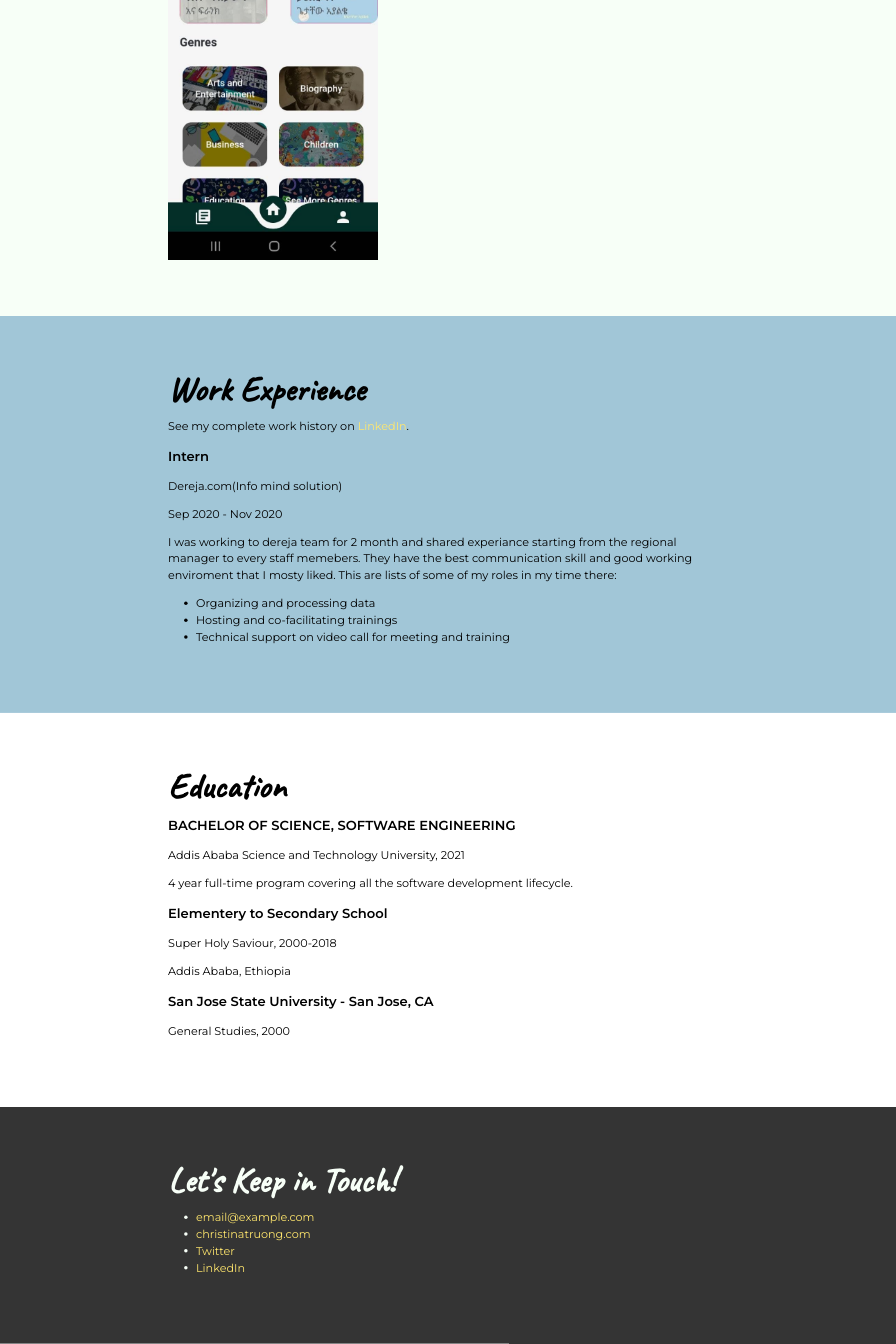
Repository: Aklilegetachew/my-Portfolio
Page: index.html
These files come from the project's save history. The page is drawn as it stood at one moment and after the next save; the edit follows.
The browser window is 1280 px wide. The pictures show the part of the page from y = 958 to 2878 px (the page is 2878 px tall before and 2792 px after), at 70% of full size.

Above is the page before, as saved 2021-11-23 17:34:08.

After the next save:
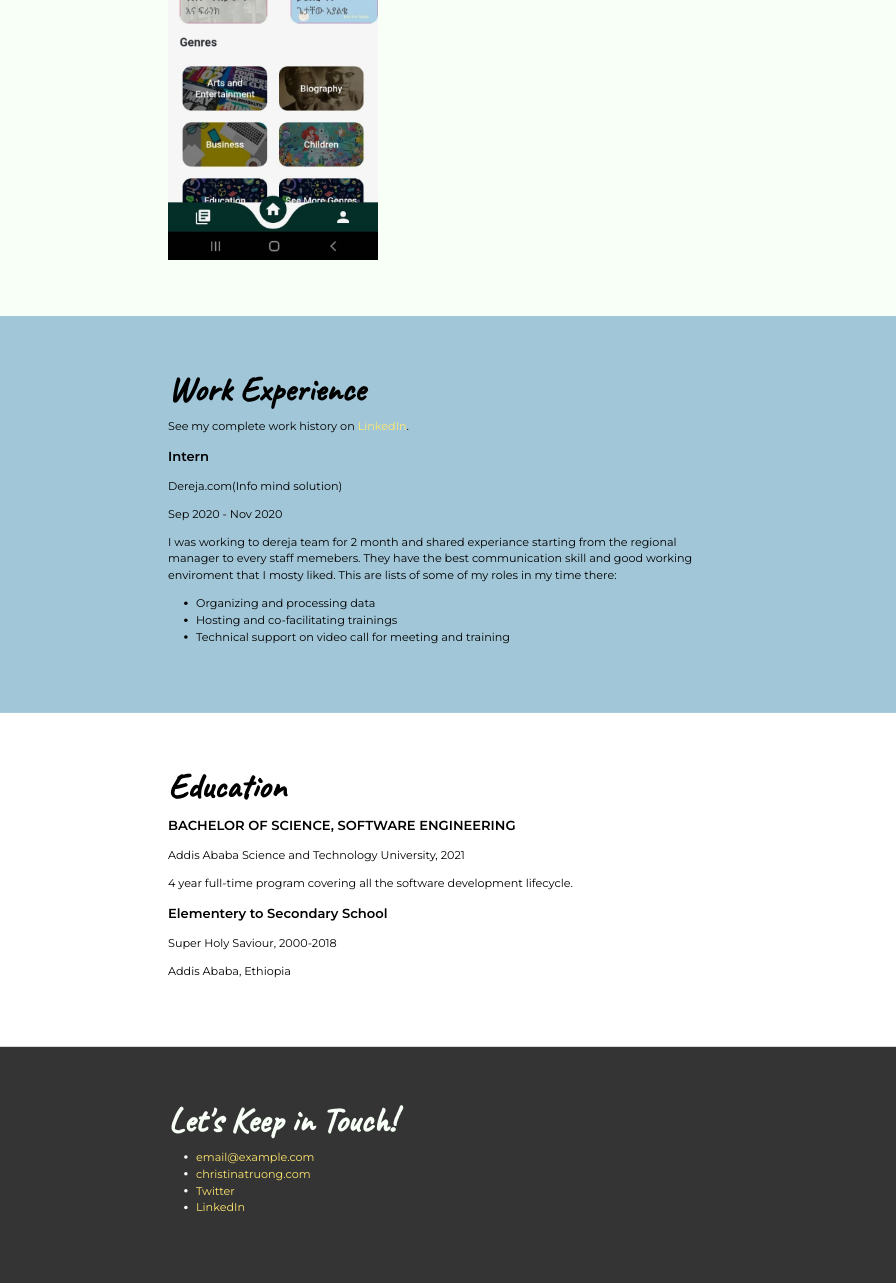
Saved 24 s later.
--- a/index.html
+++ b/index.html
@@ -98,11 +98,6 @@
             <p>Super Holy Saviour, 2000-2018</p>
             <p>Addis Ababa, Ethiopia </p>
           </section>
-
-          <section>
-            <h3>San Jose State University - San Jose, CA</h3>
-            <p>General Studies, 2000</p>
-          </section>
         </div>
       </section>
 
